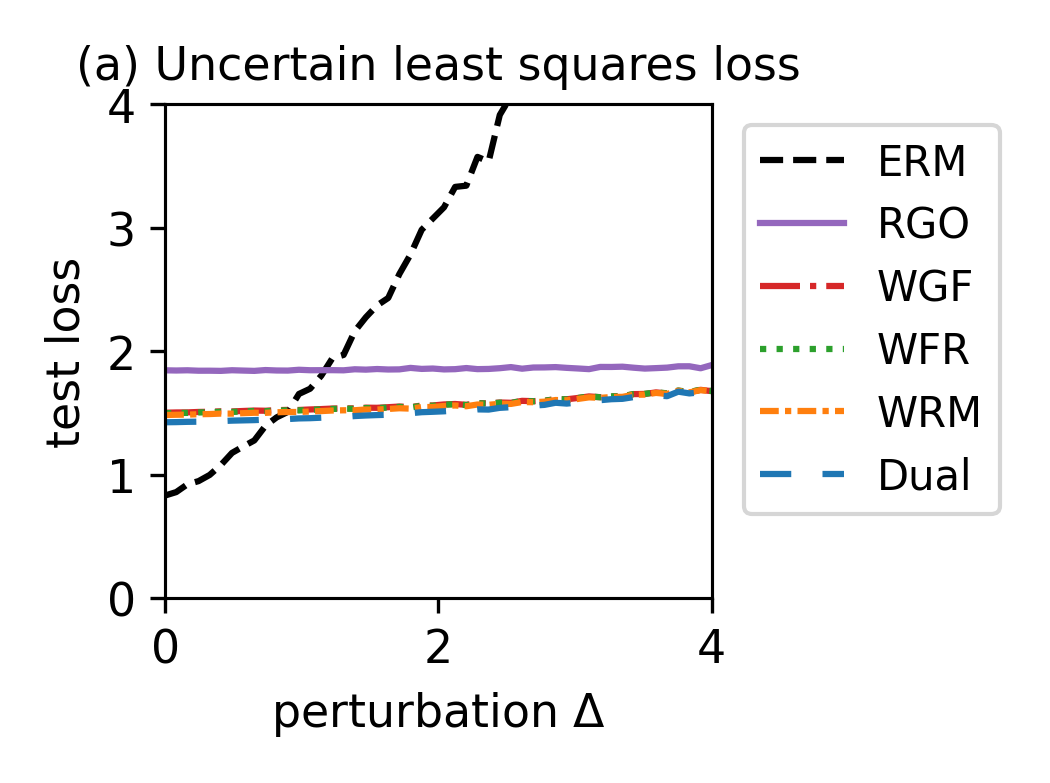
Repository: ZusenXu/GFS-DRO
Script's output: python uncertain_least_squares/uncertain_least_squares.py
An editor plug-in stored every save of this project. The script's output is shown before and after the next save, followed by the edit.
Random numbers start from a fixed seed.

Above is the script's output before, as saved 2025-09-13 21:16:13.

### uncertain_least_squares/uncertain_least_squares.py
import numpy as np
import matplotlib.pyplot as plt
from scipy.optimize import minimize
from scipy.special import logsumexp

# --- 1. 实验设置与参数定义 ---
# 定义问题的维度
DIM_M = 10  # 矩阵 A 的行数
DIM_N = 10  # 矩阵 A 的列数 (theta 的维度)

# 定义训练/测试样本数量
N_TRAIN_SAMPLES = 10
N_TEST_SAMPLES = 1000

# 定义分布偏移的扰动范围
DELTA_MIN = 0.0
DELTA_MAX = 4.0
DELTA_STEPS = 50

# --- DRO 算法超参数 ---
N_EPOCHS = 50 # 外部优化的迭代轮数
LEARNING_RATE = 0.01 # 外部优化 theta 的学习率
LAMBDA_VAL = 0.1 # 正则化参数 lambda
EPSILON = 1 # 熵正则化参数 epsilon
GRAD_CLIP_THRESHOLD = 10.0 # 梯度裁剪阈值，防止梯度爆炸

# RGO (算法2) 特定参数
RGO_SMOOTHNESS_L = 0.5 # 假设的损失函数平滑度 L (需满足 LAMBDA_VAL > L/2)

# WGF (算法3), WFR (算法4), WRM 特定参数
K_INNER_STEPS = 50  # 内部循环迭代次数 K (现在作为基准次数)
INNER_STEP_SIZE = 0.01 # 内部循环步长 eta

# WFR (算法4) 特定参数
M_PARTICLES = 5 # WFR 使用的粒子(样本)数量
WFR_WEIGHT_STEP_SIZE = 0.08 # WFR 权重更新步长 tau

# Dual 方法特定参数
SINKHORN_SAMPLE_LEVEL = 4 # Dual 方法的蒙特卡洛采样级别

# --- 2. 生成固定的问题实例 ---
np.random.seed(42)
A0 = np.random.randn(DIM_M, DIM_N)
A1 = np.random.randn(DIM_M, DIM_N)
b = np.random.randn(DIM_M)

# --- 3. 数据生成函数 ---
def generate_training_data(n_samples):
    return np.random.uniform(-0.5, 0.5, n_samples)

def generate_test_data(n_samples, delta):
    lower_bound = -0.5 * (1 + delta)
    upper_bound = 0.5 * (1 + delta)
    return np.random.uniform(lower_bound, upper_bound, n_samples)

# --- 4. 核心函数定义 ---
def loss_function(theta, z):
    """ 计算单个样本 z 的损失 f_theta(z) """
    A_z = A0 + z * A1
    residual = A_z @ theta - b
    return np.sum(residual**2)/DIM_M

def loss_grad_theta(theta, z):
    """ 计算损失函数关于 theta 的梯度 nabla_theta f_theta(z) """
    A_z = A0 + z * A1
    residual = A_z @ theta - b
    return 2 * A_z.T @ residual

def loss_grad_z(theta, z):
    """ 计算损失函数关于 z 的梯度 nabla_z f_theta(z) """
    residual = (A0 + z * A1) @ theta - b
    grad_A_z = A1 @ theta
    return 2 * residual.T @ grad_A_z

# --- 5. ERM (经验风险最小化) 实现 ---
def erm_objective_function(theta, xi_samples):
    """ 计算 ERM 的目标函数值（平均损失）"""
    total_loss = np.mean([loss_function(theta, xi) for xi in xi_samples])
    return total_loss

def solve_erm(xi_train_samples):
    """ 使用优化器求解 ERM 问题 """
    initial_theta = np.zeros(DIM_N)
    result = minimize(
        erm_objective_function, initial_theta, args=(xi_train_samples,), method='BFGS')
    if not result.success:
        print("警告: ERM 优化过程可能未收敛。")
    return result.x

# --- 6. RGO (算法2) 实现 ---
def solve_rgo(xi_train_samples):
    """ 使用 RGO 算法求解 Sinkhorn DRO """
    theta = np.zeros(DIM_N)

    def rgo_inner_objective(z, xi, current_theta):
        l = loss_function(current_theta, z)
        penalty = np.sum((z - xi)**2)
        return -l / (LAMBDA_VAL * EPSILON) + penalty / EPSILON

    def rgo_inner_objective_grad_z(z, xi, current_theta):
        grad_l_z = loss_grad_z(current_theta, z)
        grad_penalty = 2 * (z - xi)
        return -grad_l_z / (LAMBDA_VAL * EPSILON) + grad_penalty / EPSILON

    for epoch in range(N_EPOCHS):
        grad_accumulator = np.zeros_like(theta)
        for xi in xi_train_samples:
            # Stage 1: 使用梯度下降寻找 z*
            steps = K_INNER_STEPS
            z_k = xi # 初始化
            for _ in range(steps):
                grad = rgo_inner_objective_grad_z(z_k, xi, theta)
                z_k -= INNER_STEP_SIZE * grad
            z_star = z_k

            # Stage 2: 拒绝采样
            accepted = False
            while not accepted:
                variance = (LAMBDA_VAL * EPSILON) / (2 * LAMBDA_VAL - RGO_SMOOTHNESS_L)
                if variance <= 0: variance = 1e-6
                z_candidate = np.random.normal(z_star, np.sqrt(variance))
                f_val_candidate = rgo_inner_objective(z_candidate, xi, theta)
                f_val_star = rgo_inner_objective(z_star, xi, theta)
                log_accept_prob = -f_val_candidate + f_val_star - ((np.sum((z_candidate - z_star)**2)) / (2*variance))
                if np.log(np.random.rand()) < log_accept_prob:
                    accepted_sample = z_candidate
                    accepted = True
            grad_accumulator += loss_grad_theta(theta, accepted_sample)

        avg_grad = grad_accumulator / len(xi_train_samples)
        grad_norm = np.linalg.norm(avg_grad)
        if grad_norm > GRAD_CLIP_THRESHOLD:
            avg_grad = avg_grad * GRAD_CLIP_THRESHOLD / grad_norm
        theta -= LEARNING_RATE * avg_grad

    return theta

# --- 7. Wasserstein Gradient Flow (WGF) 实现 (基于算法3) ---
def solve_wgf(xi_train_samples):
    """ 使用 Wasserstein Gradient Flow (WGF) 求解 Sinkhorn DRO """
    theta = np.zeros(DIM_N)

    def f_bar_grad_z(z, xi, current_theta):
        grad_f = loss_grad_z(current_theta, z)
        return grad_f - 2 * LAMBDA_VAL * (z - xi)

    for epoch in range(N_EPOCHS):
        grad_accumulator = np.zeros_like(theta)
        for xi in xi_train_samples:
            z_k = xi
            steps = K_INNER_STEPS
            for _ in range(steps):
                noise = np.random.normal(0, 1)
                grad = f_bar_grad_z(z_k, xi, theta)
                z_k += INNER_STEP_SIZE * grad + np.sqrt(2 * INNER_STEP_SIZE * LAMBDA_VAL * EPSILON) * noise
            grad_accumulator += loss_grad_theta(theta, z_k)

        avg_grad = grad_accumulator / len(xi_train_samples)
        grad_norm = np.linalg.norm(avg_grad)
        if grad_norm > GRAD_CLIP_THRESHOLD:
            avg_grad = avg_grad * GRAD_CLIP_THRESHOLD / grad_norm
        theta -= LEARNING_RATE * avg_grad

    return theta

# --- 8. WFR Flow (算法4) 实现 ---
def solve_wfr(xi_train_samples):
    """ 使用 WFR Flow 求解 Sinkhorn DRO """
    theta = np.zeros(DIM_N)

    def f_bar(z, xi, current_theta):
         return loss_function(current_theta, z) - LAMBDA_VAL * np.sum((z-xi)**2)

    def f_bar_grad_z(z, xi, current_theta):
        grad_f = loss_grad_z(current_theta, z)
        return grad_f - 2 * LAMBDA_VAL * (z - xi)

    for epoch in range(N_EPOCHS):
        grad_accumulator = np.zeros_like(theta)
        for xi in xi_train_samples:
            particles = np.full(M_PARTICLES, xi)
            weights = np.full(M_PARTICLES, 1.0 / M_PARTICLES)

            steps = K_INNER_STEPS
            for _ in range(steps):
                for i in range(M_PARTICLES):
                    noise = np.random.normal(0, 1)
                    grad = f_bar_grad_z(particles[i], xi, theta)
                    particles[i] += INNER_STEP_SIZE * grad + np.sqrt(2 * INNER_STEP_SIZE * LAMBDA_VAL * EPSILON) * noise
                    f_bar_val = f_bar(particles[i], xi, theta)
                    weights[i] = (weights[i]**(1 - LAMBDA_VAL * EPSILON * WFR_WEIGHT_STEP_SIZE)) * np.exp(WFR_WEIGHT_STEP_SIZE * f_bar_val)

                sum_weights = np.sum(weights)
                if sum_weights > 1e-8: weights /= sum_weights
                else: weights = np.full(M_PARTICLES, 1.0 / M_PARTICLES)

            weighted_grad = np.sum([w * loss_grad_theta(theta, z) for w, z in zip(weights, particles)], axis=0)
            grad_accumulator += weighted_grad

        avg_grad = grad_accumulator / len(xi_train_samples)
        grad_norm = np.linalg.norm(avg_grad)
        if grad_norm > GRAD_CLIP_THRESHOLD:
            avg_grad = avg_grad * GRAD_CLIP_THRESHOLD / grad_norm
        theta -= LEARNING_RATE * avg_grad

    return theta

# --- 9. WRM (Wasserstein Robust Method) 实现 ---
def solve_wrm(xi_train_samples):
    """ 使用 WRM (确定性内部优化) 求解 """
    theta = np.zeros(DIM_N)

    def f_bar_grad_z(z, xi, current_theta):
        grad_f = loss_grad_z(current_theta, z)
        return grad_f - 2 * LAMBDA_VAL * (z - xi)

    for epoch in range(N_EPOCHS):
        grad_accumulator = np.zeros_like(theta)
        for xi in xi_train_samples:
            z_k = xi
            steps = K_INNER_STEPS
            for _ in range(steps):
                grad = f_bar_grad_z(z_k, xi, theta)
                z_k += INNER_STEP_SIZE * grad

            grad_accumulator += loss_grad_theta(theta, z_k)

        avg_grad = grad_accumulator / len(xi_train_samples)
        grad_norm = np.linalg.norm(avg_grad)
        if grad_norm > GRAD_CLIP_THRESHOLD:
            avg_grad = avg_grad * GRAD_CLIP_THRESHOLD / grad_norm
        theta -= LEARNING_RATE * avg_grad

    return theta

# --- 10. Dual Method (对偶方法) 实现 ---
def solve_dual(xi_train_samples):
    """ 使用对偶方法求解 Sinkhorn DRO """
    theta = np.zeros(DIM_N)

    levels = np.arange(SINKHORN_SAMPLE_LEVEL + 1)
    numerators = 2.0**(-levels)
    denominator = 2.0 - 2.0**(-SINKHORN_SAMPLE_LEVEL)
    probabilities = numerators / denominator

    for _ in range(N_EPOCHS):
        grad_accumulator = np.zeros_like(theta)
        for xi in xi_train_samples:
            sampled_level = np.random.choice(levels, p=probabilities)
            m = 2**sampled_level
            noise = np.random.randn(m) * np.sqrt(EPSILON)
            z_samples = xi + noise
            v = np.array([loss_function(theta, z) for z in z_samples]) / (LAMBDA_VAL * EPSILON)
            weights = np.exp(v - np.max(v))
            weights /= np.sum(weights)
            grads_per_sample = np.array([loss_grad_theta(theta, z) for z in z_samples])
            weighted_grad = np.sum(weights[:, np.newaxis] * grads_per_sample, axis=0)
            grad_accumulator += weighted_grad

        avg_grad = grad_accumulator / len(xi_train_samples)
        grad_norm = np.linalg.norm(avg_grad)
        if grad_norm > GRAD_CLIP_THRESHOLD:
            avg_grad = avg_grad * GRAD_CLIP_THRESHOLD / grad_norm
        theta -= LEARNING_RATE * avg_grad

    return theta

# --- 11. 实验执行与评估 ---
def run_experiment():
    """ 执行完整的实验流程 """
    xi_train = generate_training_data(N_TRAIN_SAMPLES)

    print("正在求解 ERM 模型...")
    theta_erm = solve_erm(xi_train)
    print("正在求解 RGO 模型...")
    theta_rgo = solve_rgo(xi_train)
    print("正在求解 WGF 模型...")
    theta_wgf = solve_wgf(xi_train)
    print("正在求解 WFR 模型...")
    theta_wfr = solve_wfr(xi_train)
    print("正在求解 WRM 模型...")
    theta_wrm = solve_wrm(xi_train)
    print("正在求解 Dual 模型...")
    theta_dual = solve_dual(xi_train)
    print("所有模型求解完成。")

    delta_values = np.linspace(DELTA_MIN, DELTA_MAX, DELTA_STEPS)
    results = {'ERM': [], 'RGO': [], 'WGF': [], 'WFR': [], 'WRM': [], 'Dual': []}
    models = {
        'ERM': theta_erm, 'RGO': theta_rgo, 'WGF': theta_wgf,
        'WFR': theta_wfr, 'WRM': theta_wrm, 'Dual': theta_dual
    }

    print("正在评估所有模型...")
    for delta in delta_values:
        xi_test = generate_test_data(N_TEST_SAMPLES, delta)
        for name, theta in models.items():
            test_loss = erm_objective_function(theta, xi_test)
            results[name].append(test_loss)

    print("评估完成。")
    return delta_values, results

# --- 12. 结果可视化 ---
def plot_results(delta_values, results):
    """ 绘制所有模型损失随扰动 delta 变化的曲线 """
    fig, ax = plt.subplots(figsize=(3.5, 2.613), dpi=300)

    styles = {
        'ERM': {'color': 'k', 'linestyle': '--'},
        'RGO': {'color': '#9467bd', 'linestyle': '-'},
        'WGF': {'color': '#d62728', 'linestyle': '-.'},
        'WFR': {'color': '#2ca02c', 'linestyle': ':'},
        'WRM': {'color': '#ff7f0e', 'linestyle': (0, (3, 1, 1, 1))}, # orange, dashdotdot
        'Dual': {'color': '#1f77b4', 'linestyle': (0, (5, 5))} # blue, dashed
    }

    for name, losses in results.items():
        ax.plot(delta_values, losses, linewidth=1.5, label=name, **styles[name])

    ax.set_title('(a) Uncertain least squares loss', fontsize=11)
    ax.set_xlabel('perturbation $\Delta$', fontsize=11)
    ax.set_ylabel('test loss', fontsize=11)
    ax.tick_params(axis='both', which='major', labelsize=11)
    for spine in ax.spines.values():
        spine.set_linewidth(0.75)
    ax.set_xlim(0, 4)
    ax.set_ylim(0, 4)
    ax.grid(False)
    ax.legend(fontsize=10)
    ax.legend(loc='upper left', bbox_to_anchor=(1.02, 1))
    plt.tight_layout()
    plt.savefig('uncertain_least_squares_results.png', dpi=300)
    plt.show()

# --- 主程序入口 ---
if __name__ == '__main__':
    with np.errstate(all='ignore'):
        delta_vals, all_results = run_experiment()
        plot_results(delta_vals, all_results)

After the next save:
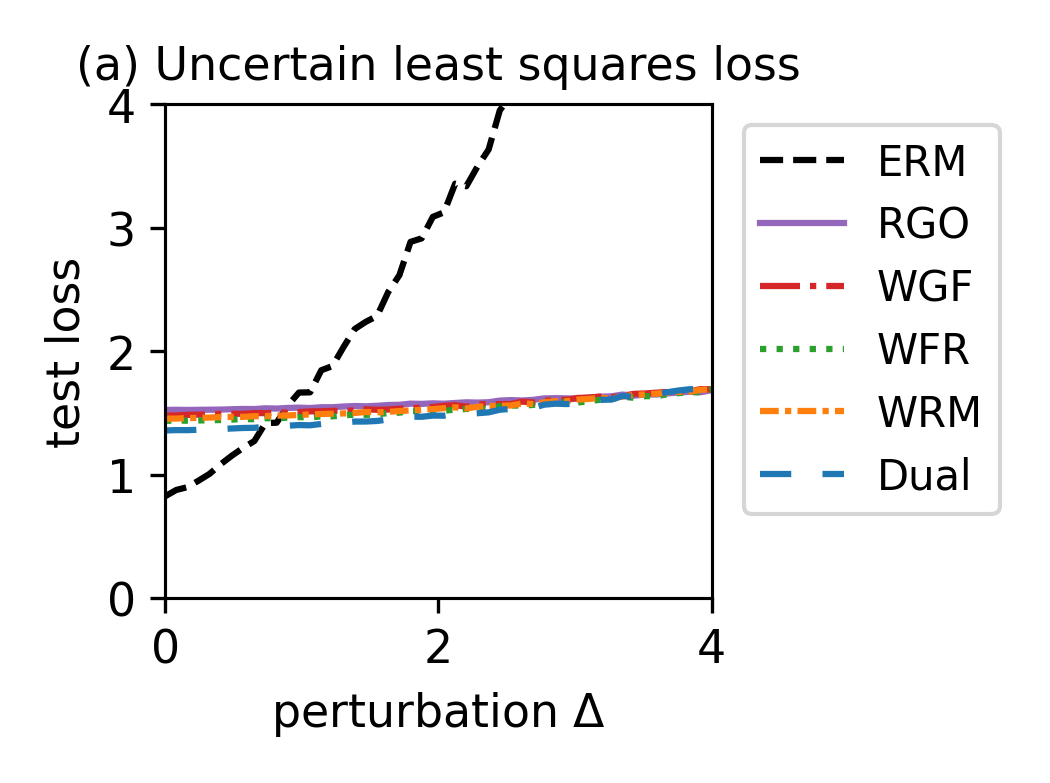
Saved 2 min 3 s later.
--- a/uncertain_least_squares/uncertain_least_squares.py
+++ b/uncertain_least_squares/uncertain_least_squares.py
@@ -20,7 +20,7 @@ DELTA_STEPS = 50
 # --- DRO 算法超参数 ---
 N_EPOCHS = 50 # 外部优化的迭代轮数
 LEARNING_RATE = 0.01 # 外部优化 theta 的学习率
-LAMBDA_VAL = 0.1 # 正则化参数 lambda
+LAMBDA_VAL = 0.5 # 正则化参数 lambda
 EPSILON = 1 # 熵正则化参数 epsilon
 GRAD_CLIP_THRESHOLD = 10.0 # 梯度裁剪阈值，防止梯度爆炸
 
